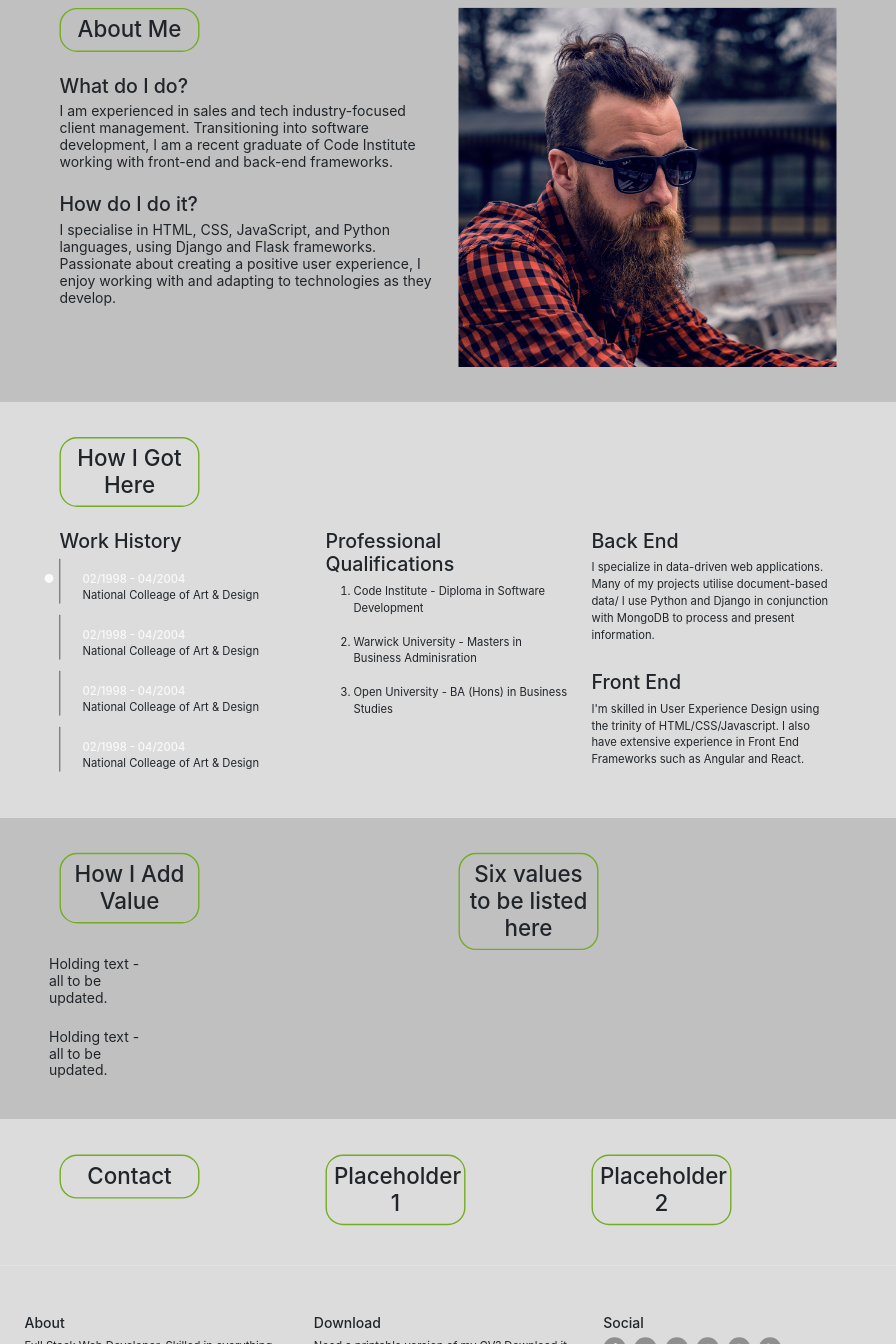
Repository: Code-Institute-Submissions/tenerim-milestone1
Page: index.html
The author's editor kept a record of every edit. The page is drawn from the files as they stood at one moment, then again after the next edit.
The browser window is 1280 px wide. The pictures show the part of the page from y = 1276 to 3196 px (the page is 3344 px tall), at 70% of full size.
A picture or video elsewhere on the page could not be fetched, so the positions and the page height are approximate.

Above is the page before.

After the next edit:
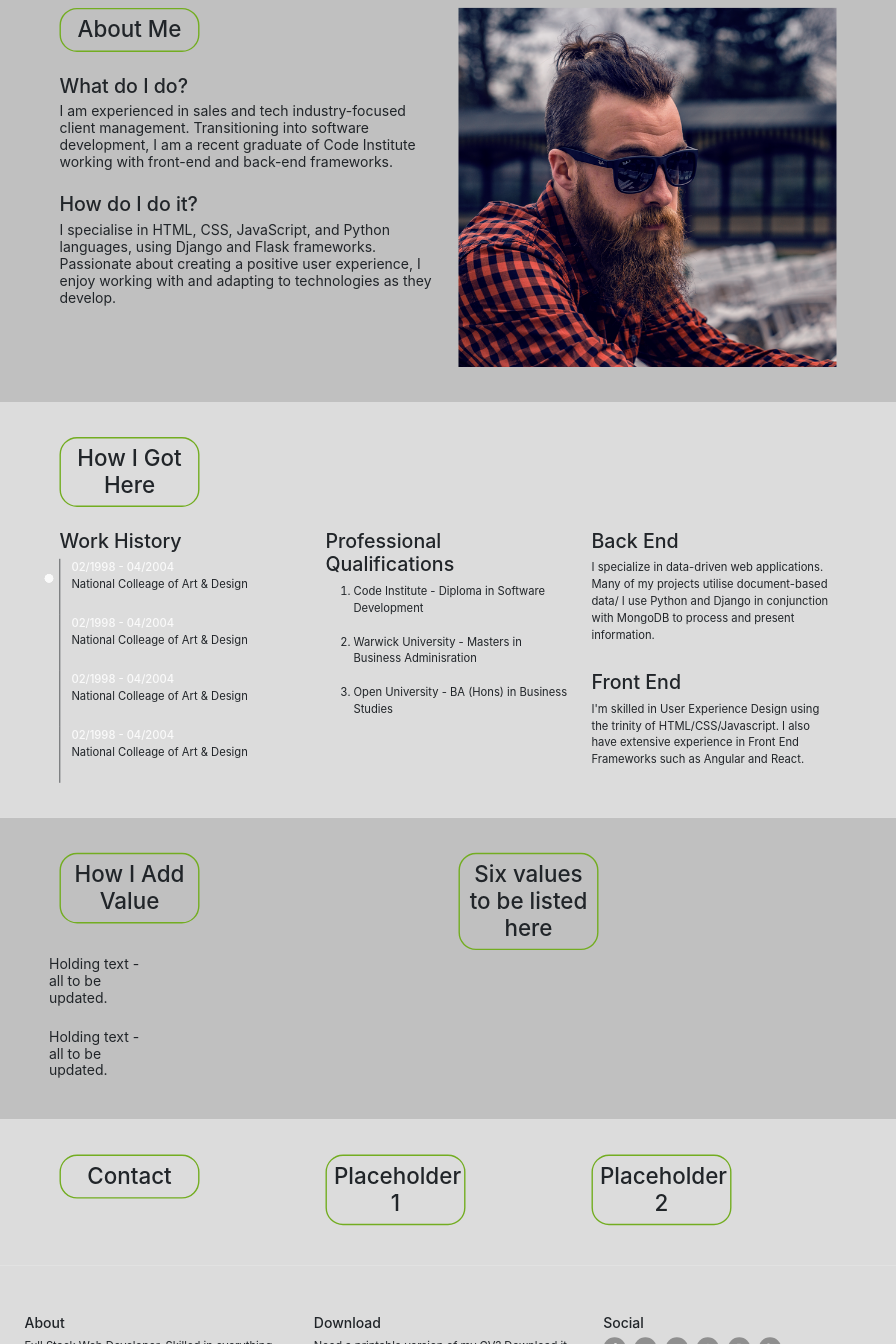
The edit:
--- a/assets/css/style.css
+++ b/assets/css/style.css
@@ -41,7 +41,7 @@
 /*--------------------------------------How I Got Here-----*/
 
 .timeline-item {
-    padding: 1em 2em 0em 2em;
+    padding: 0em 1em 1em 1em;
     border-left: 1px solid;
 }
 
